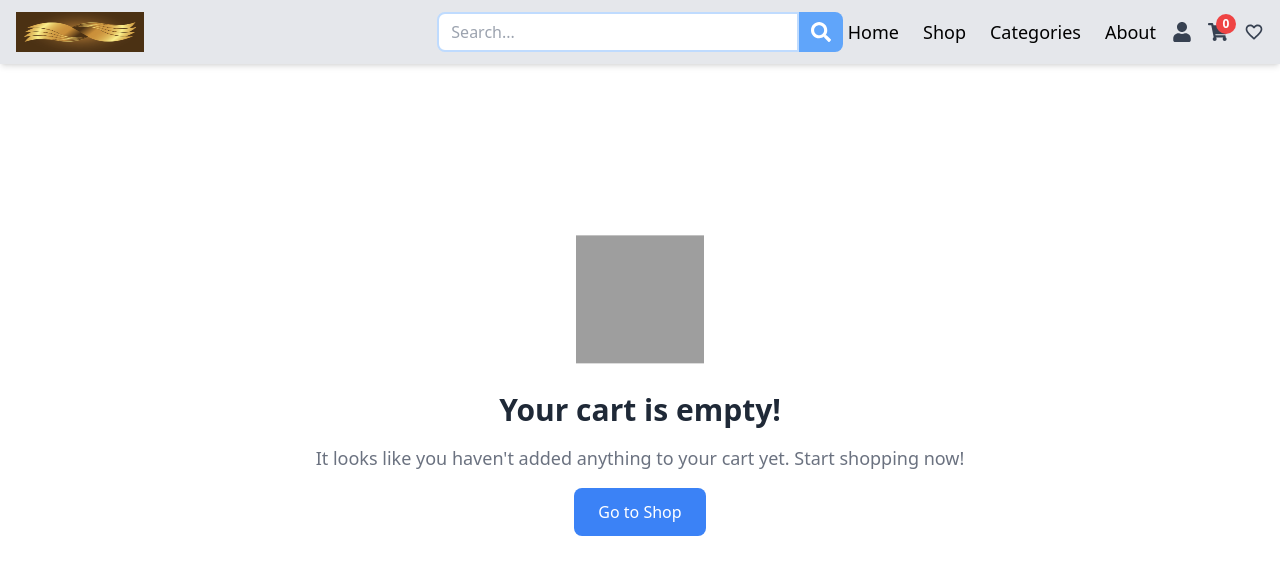
Repository: Muyassar-Mamdoh-Salem/project
Page: /cart
These files come from the project's save history. The page is drawn as it stood at one moment and after the next save; the edit follows.
The browser window is 1280 px wide. The pictures show the whole page.
Pictures or frames that could not be fetched are drawn as grey boxes. The project was rebuilt for these pictures with package versions that can differ from the ones it lists, and the page was loaded fresh each time. Also part of the build but not shown: vite.config.js, src/pages/SignIn.jsx, src/pages/Products.jsx, src/pages/Banner.jsx, src/components/Home.jsx, src/components/Shop.jsx, src/components/About.jsx, src/components/Categories.jsx and 2 more.

Above is the page before, as saved 2025-05-04 15:30:33.

### src/main.jsx
import { StrictMode } from 'react'
import { createRoot } from 'react-dom/client'
import { Provider } from 'react-redux'
import './index.css'
import App from './App.jsx'
import { store } from './Redux/store.js'
createRoot(document.getElementById('root')).render(
  <StrictMode>
 <Provider store={store}>
 <App />
 </Provider>
  </StrictMode>,
)

### src/App.jsx
import React from "react";
import {
  createBrowserRouter,
  createRoutesFromElements,
  Outlet,
  Route,
  RouterProvider,
} from "react-router-dom";
import Header from "./components/Header";
import Footer from "./components/Footer";
import SignIn from "./pages/SignIn";
import Home from "./components/Home";
import Cart from "./pages/Cart";
import Shop from "./components/Shop";
import About from "./components/About";
import Categories from "./components/Categories";
import { ProductsData } from "./api/Api";
import "./index.css";
import "./App.css";
import ProductDetails from "./components/ProductDetails";

const Layout = () => {
  return (
    <>
      <Header />
      <Outlet /> {/* سيتم استبداله بالمحتوى المناسب بناءً على المسار */}
      <Footer />
    </>
  );
};

const App = () => {
  const router = createBrowserRouter(
    createRoutesFromElements(
      <Route>
        <Route path="/" element={<Layout />}>
          {/* الصفحة الرئيسية */}
          <Route id="top" index element={<Home />} loader={ProductsData} />
          {/* صفحة السلة */}
          <Route path="cart" element={<Cart />} />
        </Route>
        {/* صفحة تسجيل الدخول */}
        <Route path="sign" element={<SignIn />} />
        {/* صفحة المتجر */}
        <Route path="shop" element={<Shop />} />
        {/* صفحة عن */}
        <Route path="about" element={<About />} />
        {/* صفحة تفاصيل المنتج بناءً على الـ ID */}
        <Route path="product/:id" element={<ProductDetails />} />
        <Route path="/categories" element={<Categories />}   />
      </Route>

    ),
    {
      future: {
        v7_startTransition: true,
        v7_relativeSplatPath: true,
      },
    }
  );

  return (
    <div>
      <RouterProvider router={router} />
    </div>
  );
};

export default App;

### src/Redux/store.js
import { configureStore } from "@reduxjs/toolkit";
import appReducer from "./appSlice";

export const store = configureStore({
  reducer: {
    app: appReducer,
  },
});

### src/components/Header.jsx
import React, { useState } from "react";
import { HashLink } from 'react-router-hash-link';
import { FaSearch, FaUser, FaShoppingCart, FaBars } from "react-icons/fa";
import { MdFavoriteBorder } from "react-icons/md";
import { IoMdClose } from "react-icons/io";

const Header = () => {
  const [openBar, setOpenBar] = useState(false);

  return (
    <>
      <header className="bg-gray-200 shadow-md fixed top-0 left-0 right-0 z-30">
        <div className="container mx-auto grid grid-cols-1 md:grid-cols-3 items-center gap-4 px-4 py-3">
          {/* Logo */}
          <div className="flex justify-center md:justify-start">
            <img src="/logo.png" alt="Logo" className="w-32 h-10" />
          </div>

          {/* Search bar */}
          <div className="flex justify-center">
            <div className="flex items-center w-full max-w-md">
              <input
                type="text"
                className="flex-grow h-10 rounded-l-lg border-2 border-blue-200 px-3"
                placeholder="Search..."
              />
              <button className="h-10 bg-blue-400 hover:bg-blue-600 active:bg-blue-700 rounded-r-lg px-3 flex items-center justify-center">
                <FaSearch className="w-5 h-5 text-white" />
              </button>
            </div>
          </div>

          {/* Navigation and icons */}
          <div className="flex justify-end items-center space-x-4">
            {/* Desktop Navigation */}
            <nav className="hidden md:flex space-x-6 text-lg">
              <HashLink
                smooth to="/#top"
                onClick={() => setOpenBar(false)}
                className="hover:text-blue-500"
              >
                Home
              </HashLink>
              <HashLink to="/shop" className="hover:text-blue-500">Shop</HashLink>
              <HashLink to="/categories" className="hover:text-blue-500">Categories</HashLink>
              <HashLink to="/about" className="hover:text-blue-500">About</HashLink>
            </nav>

            {/* Icons */}
            <div className="hidden md:flex space-x-4 text-xl text-gray-700">
              <FaUser className="hover:text-blue-500 cursor-pointer" />
              <HashLink to="/cart" className="relative inline-block">
                <span className="absolute -top-2 -right-2 bg-red-500 text-white text-xs font-bold rounded-full w-5 h-5 flex items-center justify-center">0</span>
                <FaShoppingCart className="text-xl hover:text-blue-500 cursor-pointer" />
              </HashLink>
              <MdFavoriteBorder className="hover:text-blue-500 cursor-pointer" />
            </div>

            <div
              className="md:hidden cursor-pointer text-gray-800"
              onClick={() => setOpenBar(!openBar)}
            >
              {!openBar ? <FaBars fontSize="20px" /> : <IoMdClose fontSize="20px" />}
            </div>
          </div>
        </div>
      </header>

      {/* Sidebar Menu for Mobile */}
      <div
        className={`fixed top-0 right-0 bg-[#d59e7b] w-[200px] h-[100vh] transform ${openBar ? "translate-x-0" : "translate-x-full"} transition-transform duration-500 ease-in-out z-50`}
      >
        <div
          className="absolute top-4 left-2 text-white cursor-pointer"
          onClick={() => setOpenBar(false)}
        >
          <IoMdClose fontSize="24px" />
        </div>

        {/* Sidebar navigation */}
        <nav className="mt-16 text-white flex flex-col space-y-4 px-6">
          <HashLink
            smooth to="/#top"
            onClick={() => setOpenBar(false)}
            className="hover:text-blue-300 transition duration-300"
          >
            Home
          </HashLink>
          <HashLink
            to="/shop"
            onClick={() => setOpenBar(false)}
            className="hover:text-blue-300 transition duration-300"
          >
            Shop
          </HashLink>
          <HashLink
            to="/categories"
            onClick={() => setOpenBar(false)}
            className="hover:text-blue-300 transition duration-300"
          >
            Categories
          </HashLink>
          <HashLink
            to="/about"
            onClick={() => setOpenBar(false)}
            className="hover:text-blue-300 transition duration-300"
          >
            About
          </HashLink>
        </nav>
      </div>
    </>
  );
};

export default Header;

### src/pages/Cart.jsx
import { useDispatch, useSelector } from 'react-redux';
import { increment ,decrement } from '../Redux/appSlice';
const Cart = () => {
  const products = useSelector((state) => state.app.products);
   const dispatch = useDispatch();
  if (!products || products.length === 0) {
    return (
      <div className="mt-60 text-center text-gray-600">
        {/* رسمة أو صورة عند كون السلة فارغة */}
        <div className="flex flex-col items-center justify-center">
          <img
            src="soping.png"
            className="w-32 h-32 mb-6 animate-bounce"
          />
          <h2 className="text-3xl font-semibold text-gray-800 mb-4">Your cart is empty!</h2>
          <p className="text-lg text-gray-500 mb-4">
            It looks like you haven't added anything to your cart yet. Start shopping now!
          </p>
          <button
            className="bg-blue-500 text-white px-6 py-3 rounded-lg hover:bg-blue-600 transition ease-in-out duration-200"
            onClick={() => window.location.href = '/shop'}
          >
            Go to Shop
          </button>
        </div>
      </div>
    );
  }

  return (
    <div className="mt-20 p-6 max-w-7xl mx-auto">
      <h1 className="text-5xl font-bold text-center text-gray-800 mb-12">Your Cart</h1>
      {/* عرض المنتجات هنا */}
      {products.map((product) => (
        <div
          key={product.id}
          className="flex items-center justify-between bg-gradient-to-r from-purple-500 to-blue-500 p-6 rounded-lg shadow-lg mb-8 transform hover:scale-105 transition-all duration-300"
        >
          <div className="flex items-center space-x-6">
            <img
              style={{ width: '180px', height: '180px', objectFit: 'cover' }}
              src={product.image}
              alt={product.name}
              className="rounded-xl shadow-xl"
            />
            <div>
              <h2 className="text-2xl font-semibold text-white mb-2">{product.title}</h2>
              <p className="text-sm text-white font-bold ">{product.description}</p>
            </div>
          </div>

          <div className="text-right text-white">
            <p className="text-xl font-semibold">${product.price}</p>
            <p className="text-sm ">Quantity: {product.quantity}</p>
            <div className='justify-between flex'>
            <button onClick={() => dispatch(increment({ id: product.id }))} className='text-2xl'>+</button>
            <button onClick={()=>dispatch (decrement({ id: product.id }))} className='text-2xl'>-</button>
               </div>

          </div>
        </div>
      ))}

      {/* إجمالي السعر */}
      <div className="flex justify-between items-center bg-gradient-to-r from-green-400 to-blue-500 p-6 rounded-lg shadow-lg mt-12 transform hover:scale-105 transition-all duration-300">
        <h2 className="text-3xl font-semibold text-white">Total</h2>
        <p className="text-2xl font-bold text-white">
          ${products.reduce((total, product) => total + product.price * product.quantity, 0).toFixed(2)}
        </p>
      </div>

      {/* زر الدفع */}
      <div className="mt-12 text-center">
        <button className="bg-yellow-500 text-white py-4 px-8 rounded-full shadow-xl hover:bg-yellow-600 transform transition duration-300 ease-in-out">
          Proceed to Checkout
        </button>
      </div>
    </div>
  );
};

export default Cart;

### src/api/Api.js
//
export const ProductsData = async () => {
    const response = await fetch("https://fakestoreapi.com/products");
    if (!response.ok) throw new Error("فشل الجلب");
    return await response.json();
  };

### src/Redux/appSlice.js
import { createSlice } from "@reduxjs/toolkit";

const initialState = {
  products: [], // المنتجات في السلة
};

const appSlice = createSlice({
  name: "Ecommerce",
  initialState,
  reducers: {
    addToCart: (state, action) => {
      const item = state.products.find(
        (item) => item?.id === action.payload?.id
      );

      if (item) {
        if (action.payload?.quantity > 0) {
          item.quantity += action.payload.quantity;
        }
      } else {
        if (action.payload?.id && action.payload?.quantity > 0) {
          state.products.push(action.payload);
        }
      }
    },

    increment: (state, action) => {
      const item = state.products.find(
        (item) => item.id === action.payload.id
      );
      if (item) {
        item.quantity++;
      }
    },

    decrement: (state, action) => {

      const item = state.products.find(
        (item) => item.id === action.payload.id
      );
      if (item && item.quantity > 1) {
        item.quantity--;
      }
    },
  },
});

export const { addToCart, increment, decrement } = appSlice.actions;
export default appSlice.reducer;

Loaded but not shown: index.html (common file); src/index.css (common file); src/components/Footer.jsx (common file); tailwind.config.js (common file)

After the next save:
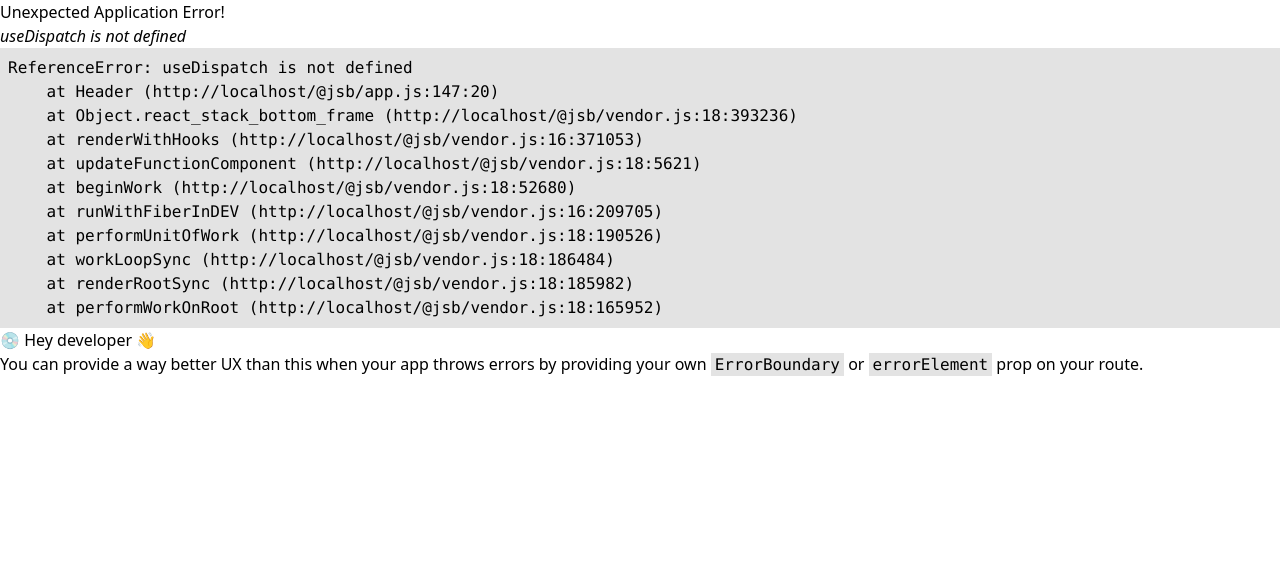
Saved 12 s later.
--- a/src/components/Header.jsx
+++ b/src/components/Header.jsx
@@ -6,6 +6,7 @@ import { IoMdClose } from "react-icons/io";
 
 const Header = () => {
   const [openBar, setOpenBar] = useState(false);
+  const dispatch = useDispatch();
 
   return (
     <>
